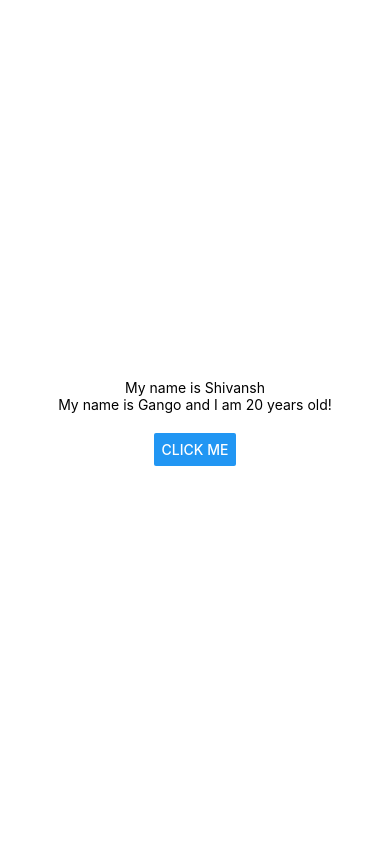
Repository: shiv0403/React-native-tutorial
Screen: /
These files come from the project's save history. The screen is drawn as it stood at one moment and after the next save; the edit follows.
The app was drawn by React Native's web renderer in a window 390 px wide. The project was rebuilt for these pictures with package versions that can differ from the ones it lists, and the page was loaded fresh each time.

Above is the screen before, as saved 2021-02-10 16:19:13.

### App.js
import React, { useState } from "react";
import { Button, StyleSheet, Text, View } from "react-native";

export default function App() {
  const [name, SetName] = useState("Shivansh");
  const [details, setDetails] = useState({
    name: "Gango",
    age: "20",
  });

  const handleClick = () => {
    SetName("Poorvi");
    setDetails({
      name: "Topper",
      age: "19",
    });
  };

  return (
    <View style={styles.container}>
      <Text>My name is {name}</Text>
      <Text>
        My name is {details.name} and I am {details.age} years old!
      </Text>
      <View style={styles.button}>
        <Button title="Click Me" onPress={handleClick} />
      </View>
    </View>
  );
}

const styles = StyleSheet.create({
  container: {
    flex: 1,
    backgroundColor: "#fff",
    alignItems: "center",
    justifyContent: "center",
  },
  button: {
    marginTop: 20,
  },
});

After the next save:
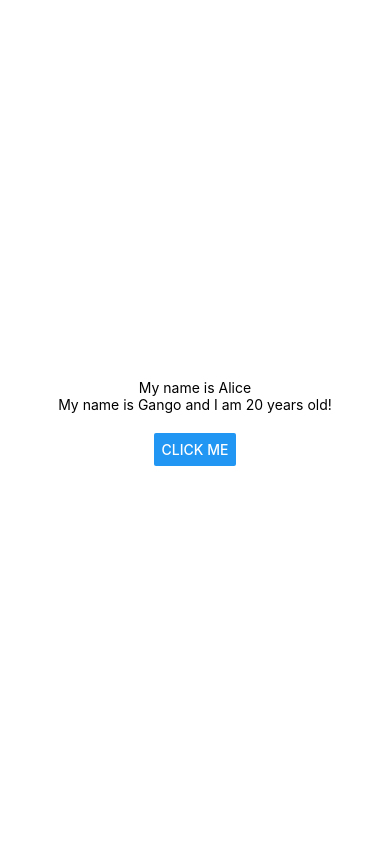
Saved 31 s later.
--- a/App.js
+++ b/App.js
@@ -2,14 +2,14 @@ import React, { useState } from "react";
 import { Button, StyleSheet, Text, View } from "react-native";
 
 export default function App() {
-  const [name, SetName] = useState("Shivansh");
+  const [name, SetName] = useState("Alice");
   const [details, setDetails] = useState({
     name: "Gango",
     age: "20",
   });
 
   const handleClick = () => {
-    SetName("Poorvi");
+    SetName("John");
     setDetails({
       name: "Topper",
       age: "19",
